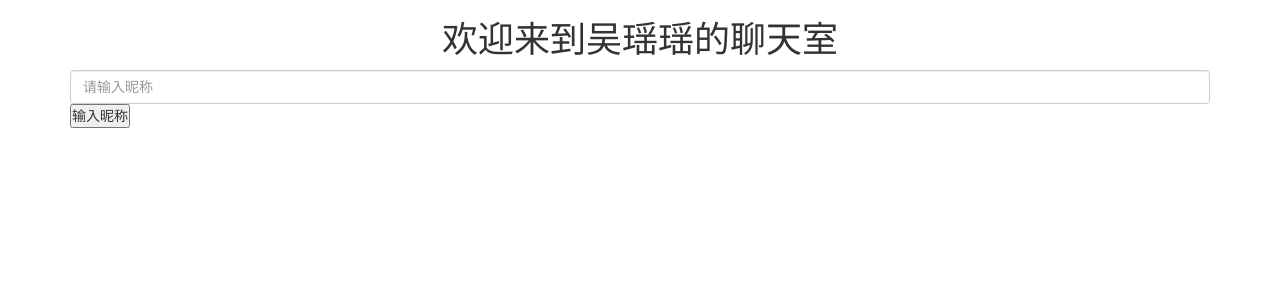
Repository: wyy511/node-socket.io
Page: client.html
An editor plug-in stored every save of this project. The page is shown before and after the next save, followed by the edit.
The browser window is 1280 px wide. The pictures show the whole page.
The page's requests for data from a server got no answer. Some web libraries are served in a nearby version.

Above is the page before, as saved 2019-11-20 23:35:11.
Console error (its wording comes from the project's code and is left out).

After the next save:
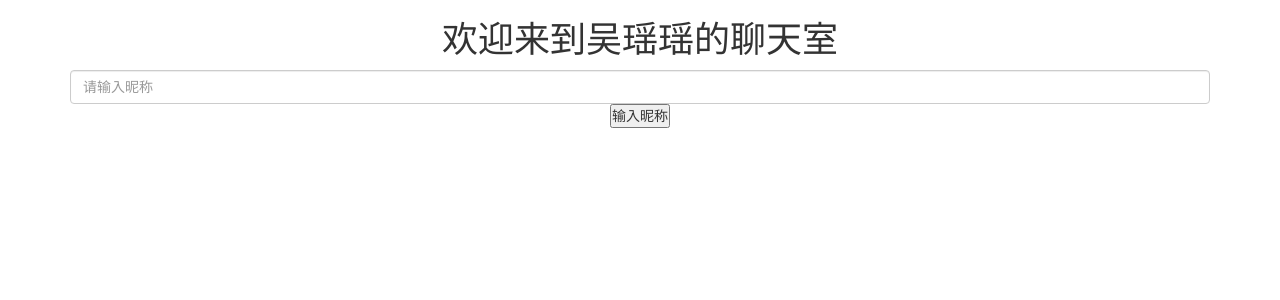
Saved 38 s later.
--- a/client.html
+++ b/client.html
@@ -10,7 +10,7 @@
       margin: 0;
       padding: 0;
     }
-    .title {
+    .container {
       text-align: center;
     }
     #msgBox {

After the save that followed:
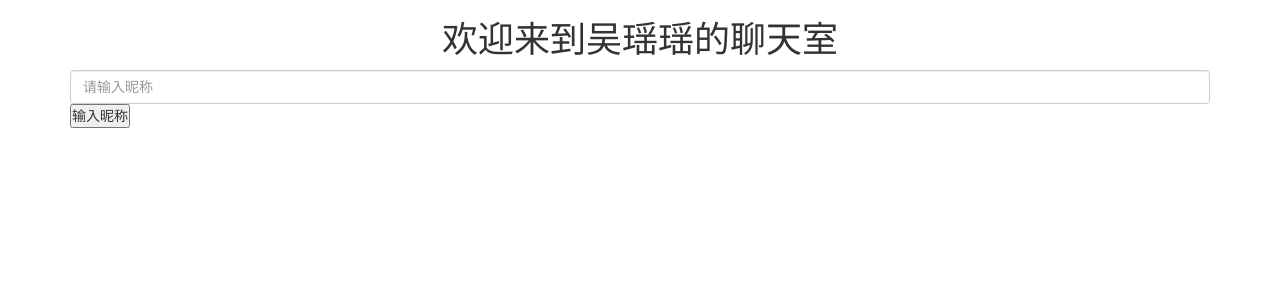
Saved 9 s later.
--- a/client.html
+++ b/client.html
@@ -10,7 +10,7 @@
       margin: 0;
       padding: 0;
     }
-    .container {
+    .title {
       text-align: center;
     }
     #msgBox {
